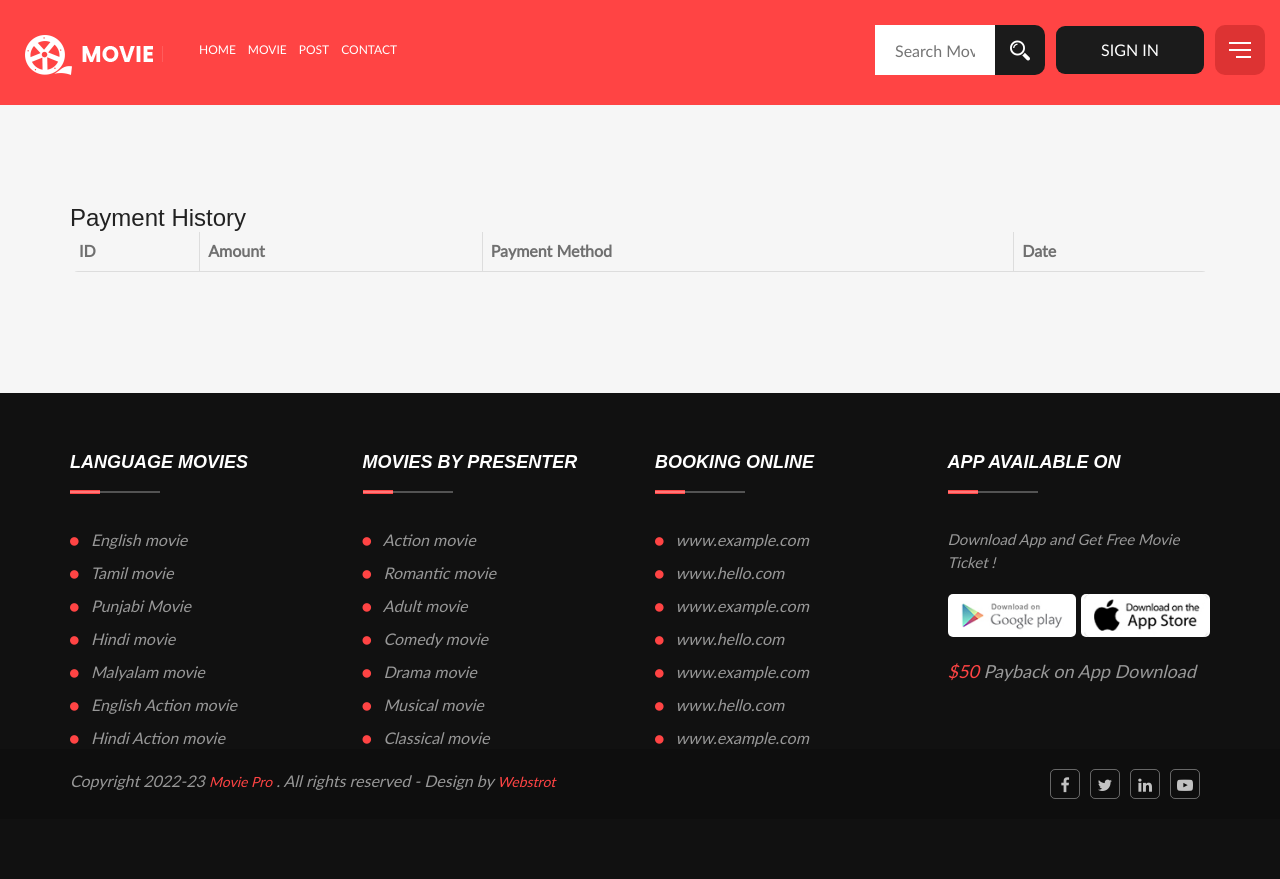
Repository: TK-NNH/DATN
Page: http://localhost/payment
An editor plug-in stored every save of this project. The page is shown before and after the next save, followed by the edit.
The browser window is 1280 px wide. The pictures show the whole page.
Some web fonts or font styles are not loaded; a fallback is used. The page is served by the project's Laravel application, run on PHP 8.4 with Laravel 10. The database holds what the project's SQL file puts in it. Queries for data that is not in the repository find no rows.

Above is the page before, as saved 2024-12-16 03:48:31.

After the next save:
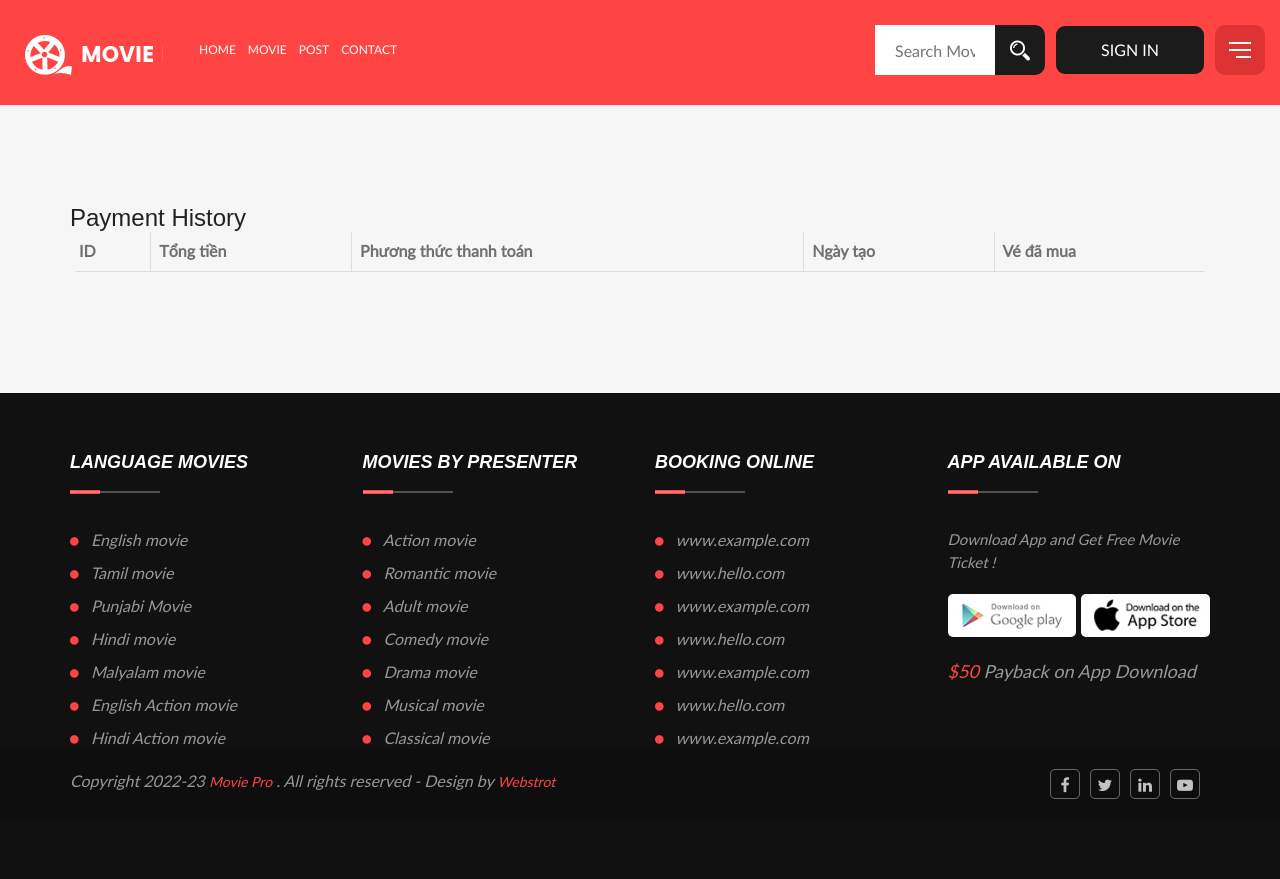
Saved 47 s later.
--- a/FilmHub-Booking/Backend-filmhub/resources/views/frontend/users/payment.blade.php
+++ b/FilmHub-Booking/Backend-filmhub/resources/views/frontend/users/payment.blade.php
@@ -16,10 +16,10 @@
                         <thead>
                             <tr>
                                 <th>ID</th>
-                                <th>Amount</th>
-                                <th>Payment Method</th>
-
-                                <th>Date</th>
+                                <th>Tổng tiền </th>
+                                <th>Phương thức thanh toán</th>
+                                <th>Ngày tạo</th>
+                                <th>Vé đã mua</th>
                             </tr>
                         </thead>
                         <tbody>
